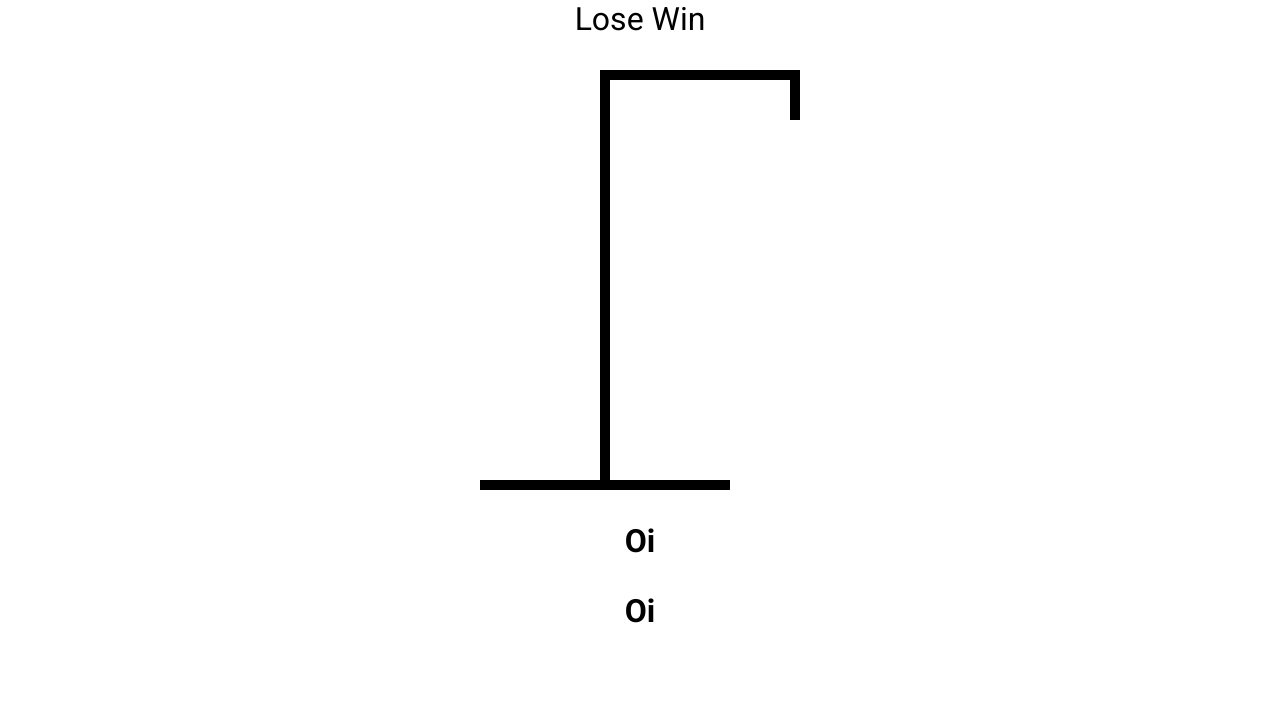
Repository: guilhermecardoso93/jogodaforca
Page: /
An editor plug-in stored every save of this project. The page is shown before and after the next save, followed by the edit.
The browser window is 1280 px wide. The pictures show the whole page.
The project was rebuilt for these pictures with package versions that can differ from the ones it lists, and the page was loaded fresh each time. Also part of the build but not shown: vite.config.ts.

Above is the page before, as saved 2022-12-06 20:57:18.

After the next save:
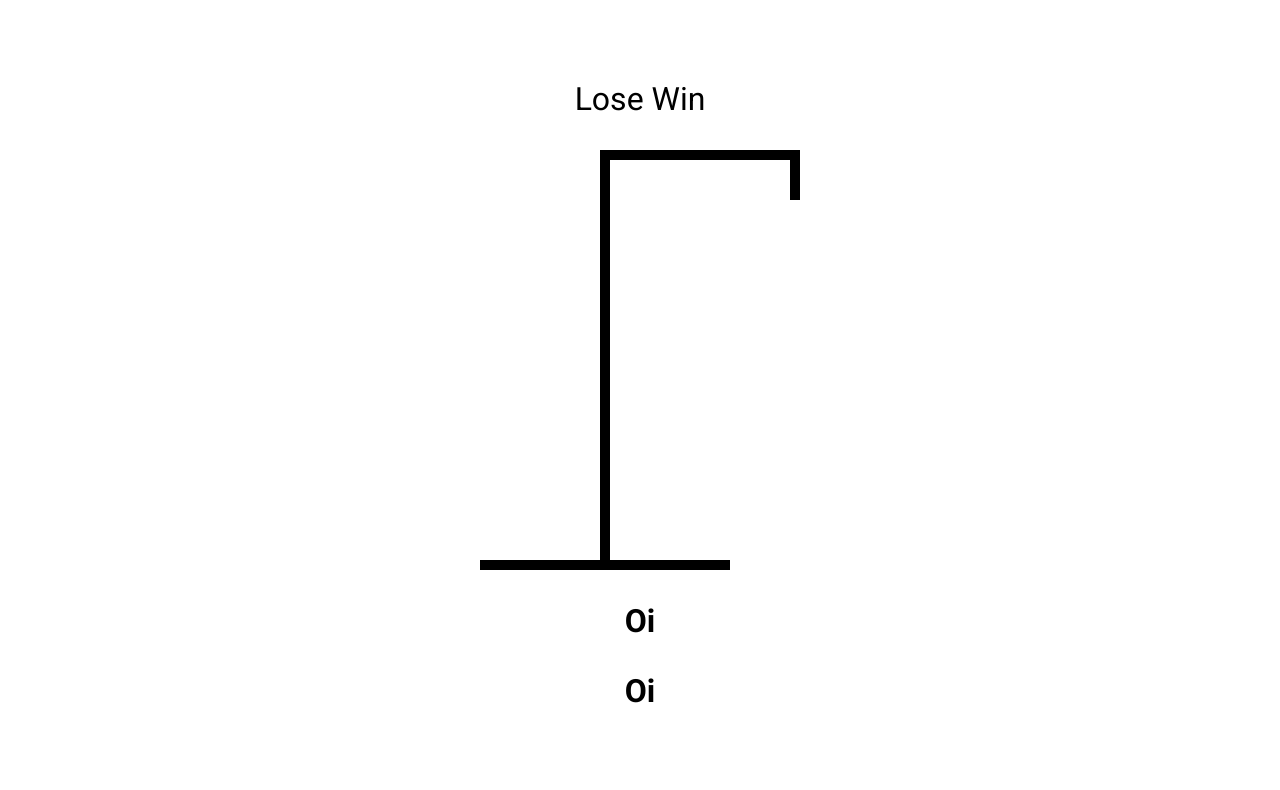
Saved 35 s later.
--- a/src/App.css
+++ b/src/App.css
@@ -5,6 +5,9 @@
   font-family: 'Roboto', sans-serif;
 }
 
+body {
+  margin: 5rem;
+}
 .container {
   max-width: 800px;
   display: flex;
